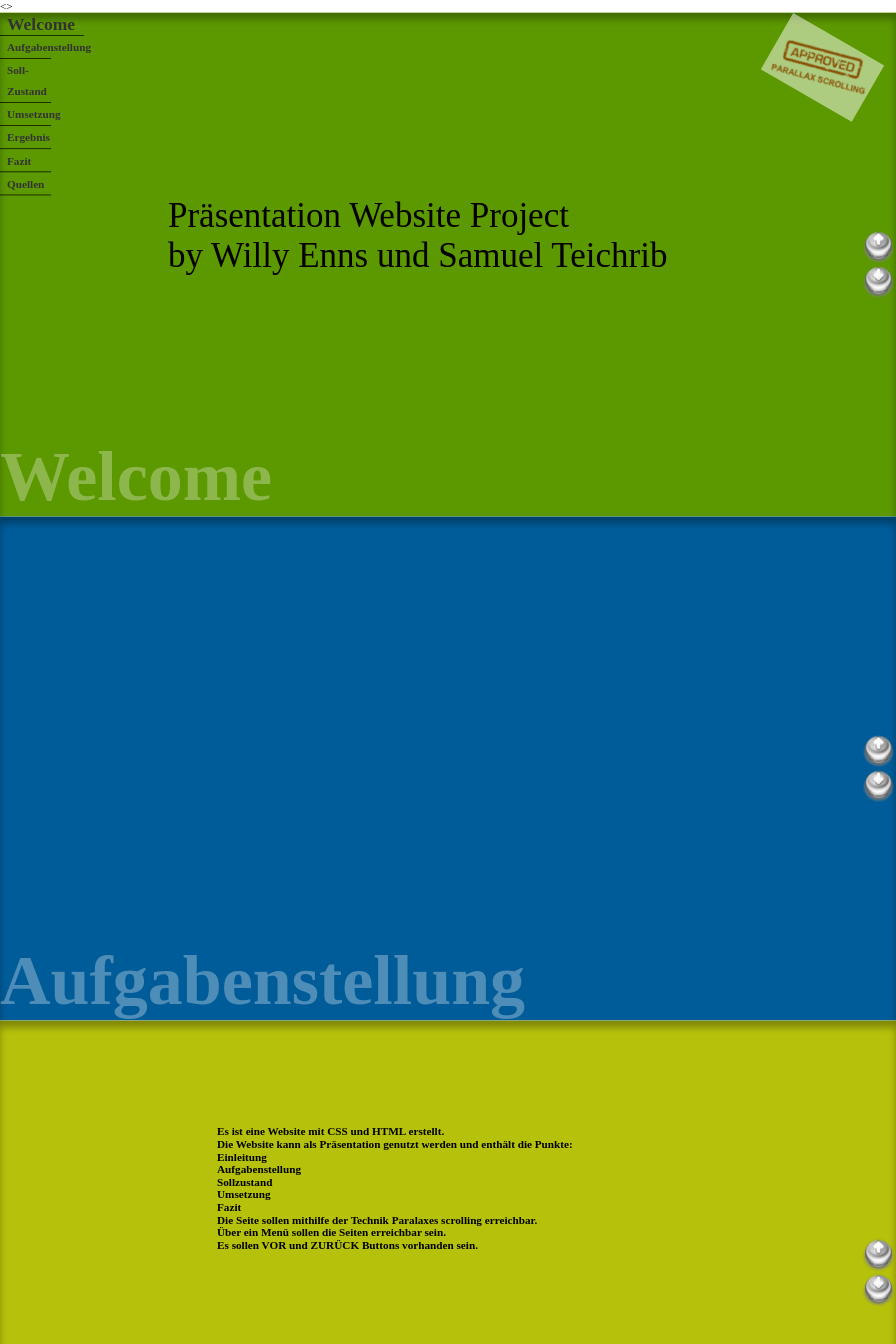
Repository: ennswi/websiteproject
Page: index.html
The author's editor kept a record of every edit. The page is drawn from the files as they stood at one moment, then again after the next edit.
The browser window is 1280 px wide. The pictures show the part of the page from y = 0 to 1920 px (the page is 5058 px tall), at 70% of full size.

Above is the page before.

After the next edit:
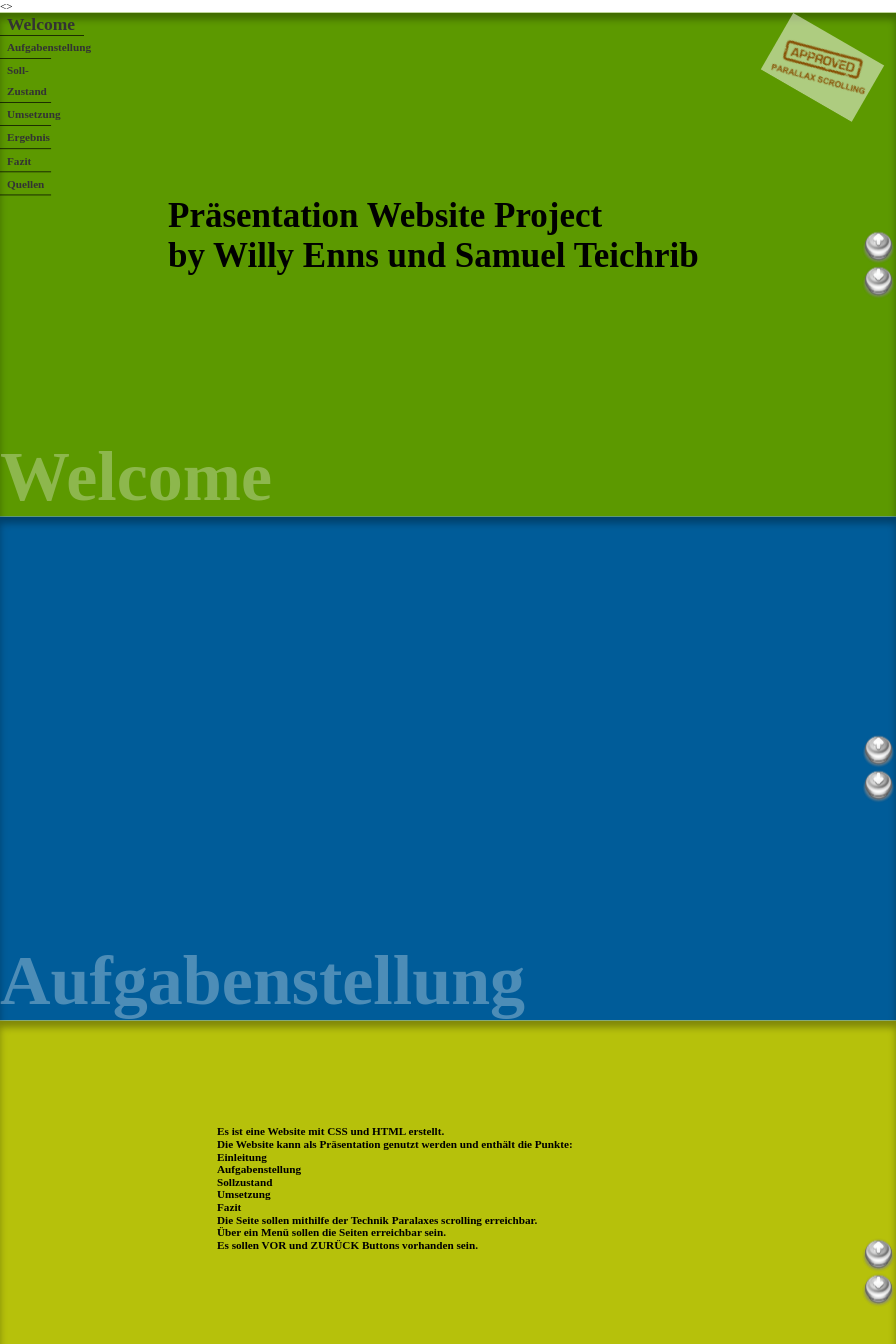
The edit:
--- a/css/style.css
+++ b/css/style.css
@@ -154,6 +154,8 @@
 
 #slide1 .welcomeMainDiv{
     font-size: 50px;
+    font-weight: bold;
+    color: #000000;
     position: absolute;
     left: 50%;
     top: 50%;
